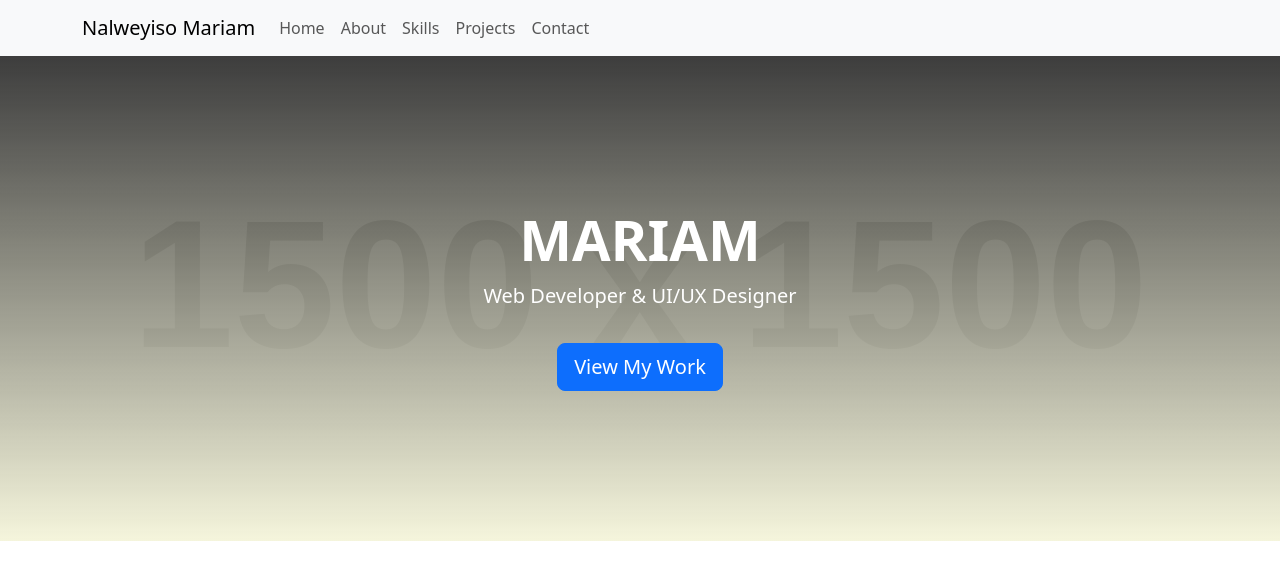
Repository: NalweMari/My-Personal-Portfolio
Page: index.html
An editor plug-in stored every save of this project. The page is shown before and after a run of saves, followed by the edit.
The browser window is 1280 px wide. The pictures show the whole page.

Above is the page before, as saved 2025-11-27 12:40:59.
Console error (its wording comes from the project's code and is left out).

After the next 2 saves:
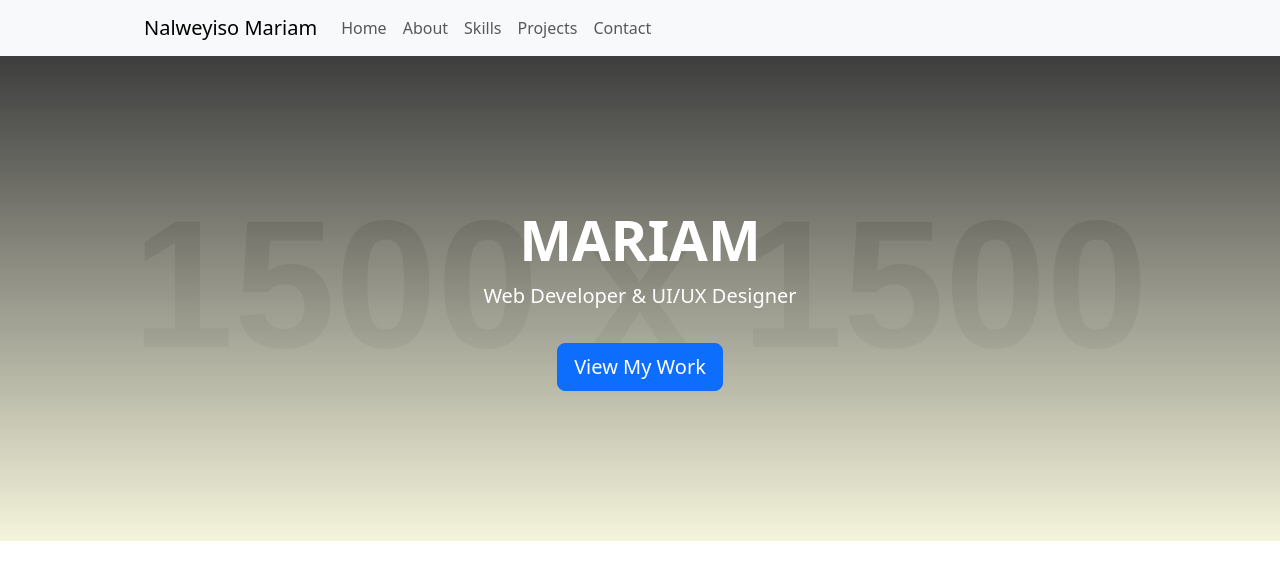
The 2 saves are shown as one change because they came seconds apart.
The last was saved 7 s later.
--- a/index.html
+++ b/index.html
@@ -17,7 +17,7 @@
     <!-- Navigation -->
 
     <nav class="navbar navbar-expand-lg navbar-light bg-light pink">
-        <div class="container me">
+        <div class="container me-2">
             <a class="navbar-brand" href="#">Nalweyiso Mariam</a> <button class="navbar-toggler" type="button" data- 6
                 toggle="collapse" data-target="#navbarNav" aria-controls="navbarNav" aria-expanded="false"
                 aria-label="Toggle navigation"> <span class="navbar-toggler-icon"></span> </button>
